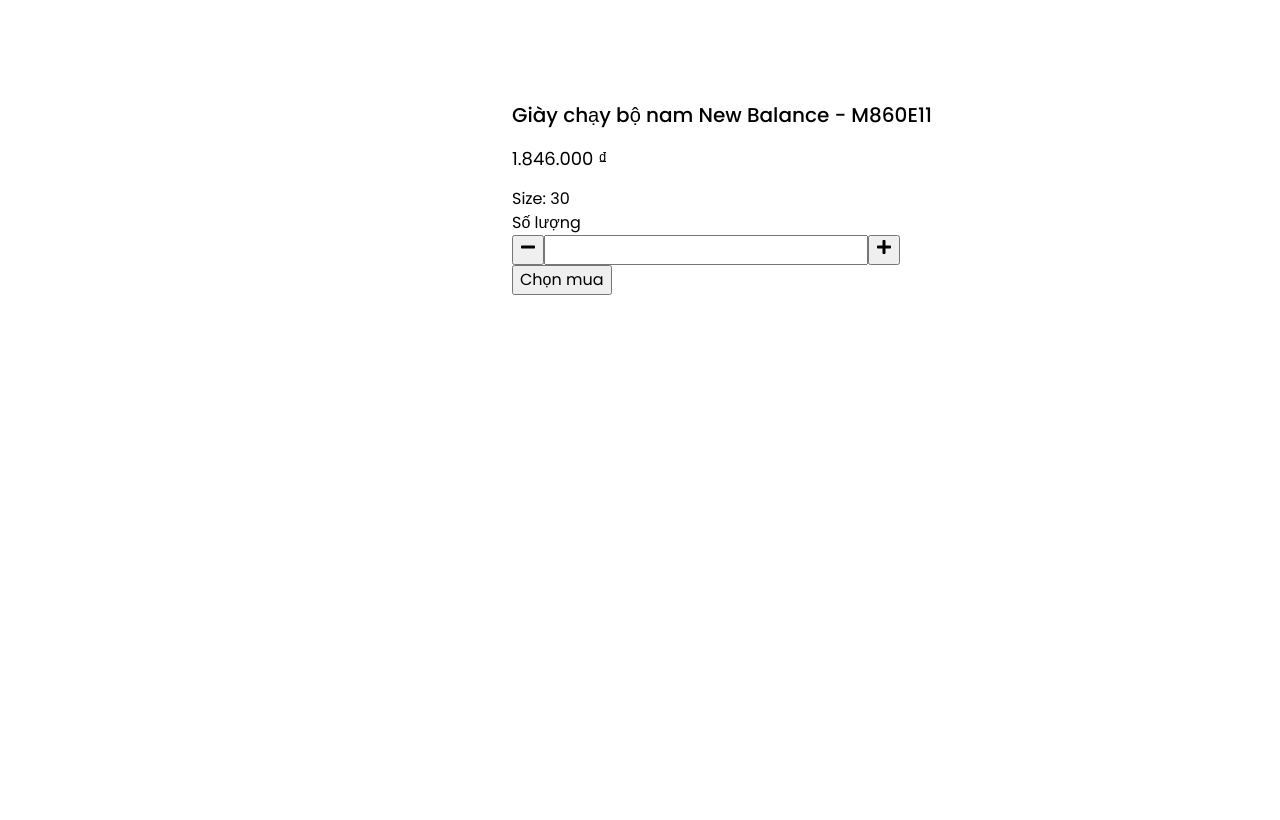
Repository: hoang0508/ReactJsHoiDanIT
Page: /form
The author's editor kept a copy of each file at every save. The page is drawn from the files as they stood at one save, then again after the next save.
The browser window is 1280 px wide. The pictures show the whole page.
The project was rebuilt for these pictures with package versions that can differ from the ones it lists, and the page was loaded fresh each time.

Above is the page before, as saved 2022-02-24 14:21:15.

After the next save:
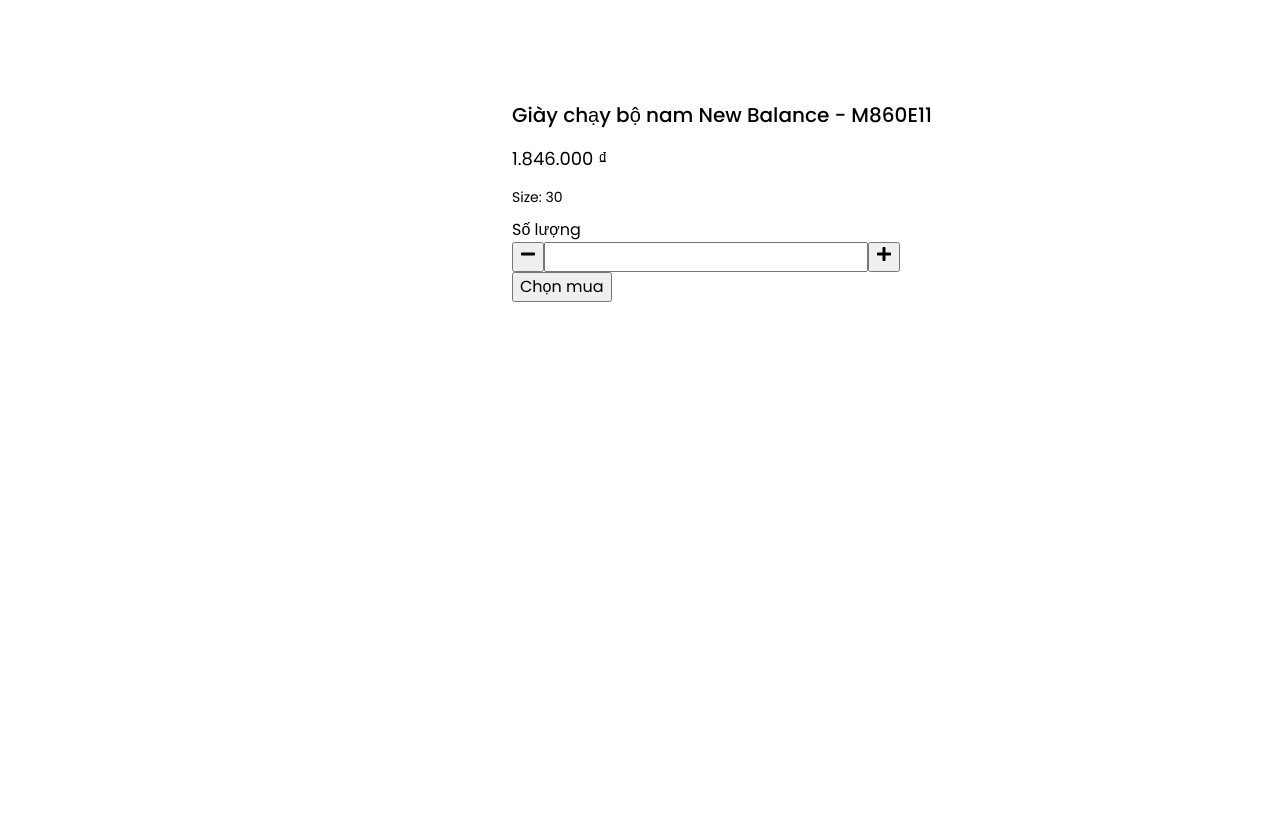
Saved 21 s later.
--- a/src/components/Products/Product.scss
+++ b/src/components/Products/Product.scss
@@ -19,4 +19,8 @@
     font-size: 18px;
     font-weight: 400;
   }
+  &-size {
+    margin-bottom: 10px;
+    font-size: 14px;
+  }
 }
